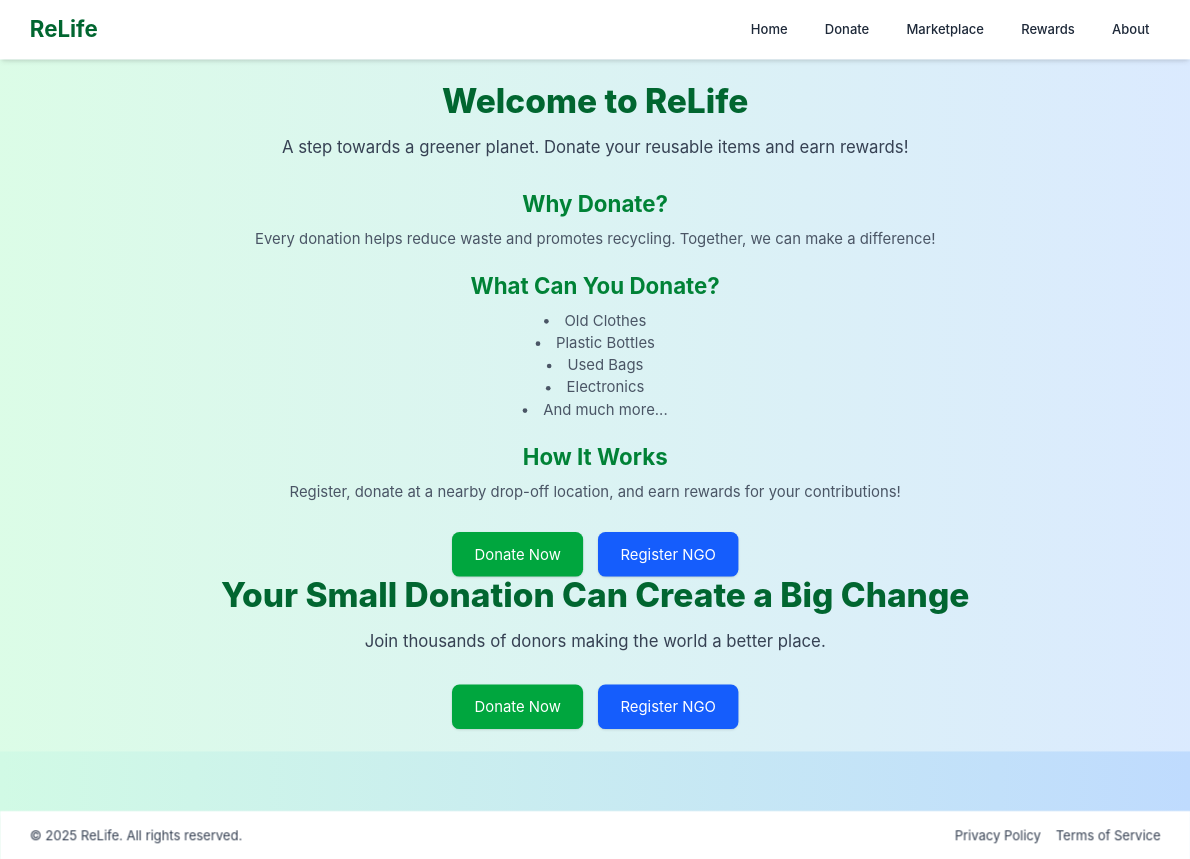
Repository: Harsh-verma24/edonation-drive
Page: / (app in frontend/)
An editor plug-in stored every save of this project. The page is shown before and after the next save, followed by the edit.
The browser window is 1280 px wide. The pictures show the whole page, at 93% of full size.
The project was rebuilt for these pictures with package versions that can differ from the ones it lists, and the page was loaded fresh each time. Also part of the build but not shown: frontend/vite.config.js, frontend/src/utils/axiosInstance.js, frontend/src/pages/Donate.jsx, frontend/src/pages/Rewards.jsx, frontend/src/pages/Marketplace.jsx, frontend/src/pages/About.jsx.

Above is the page before, as saved 2025-10-15 22:16:25.

After the next save:
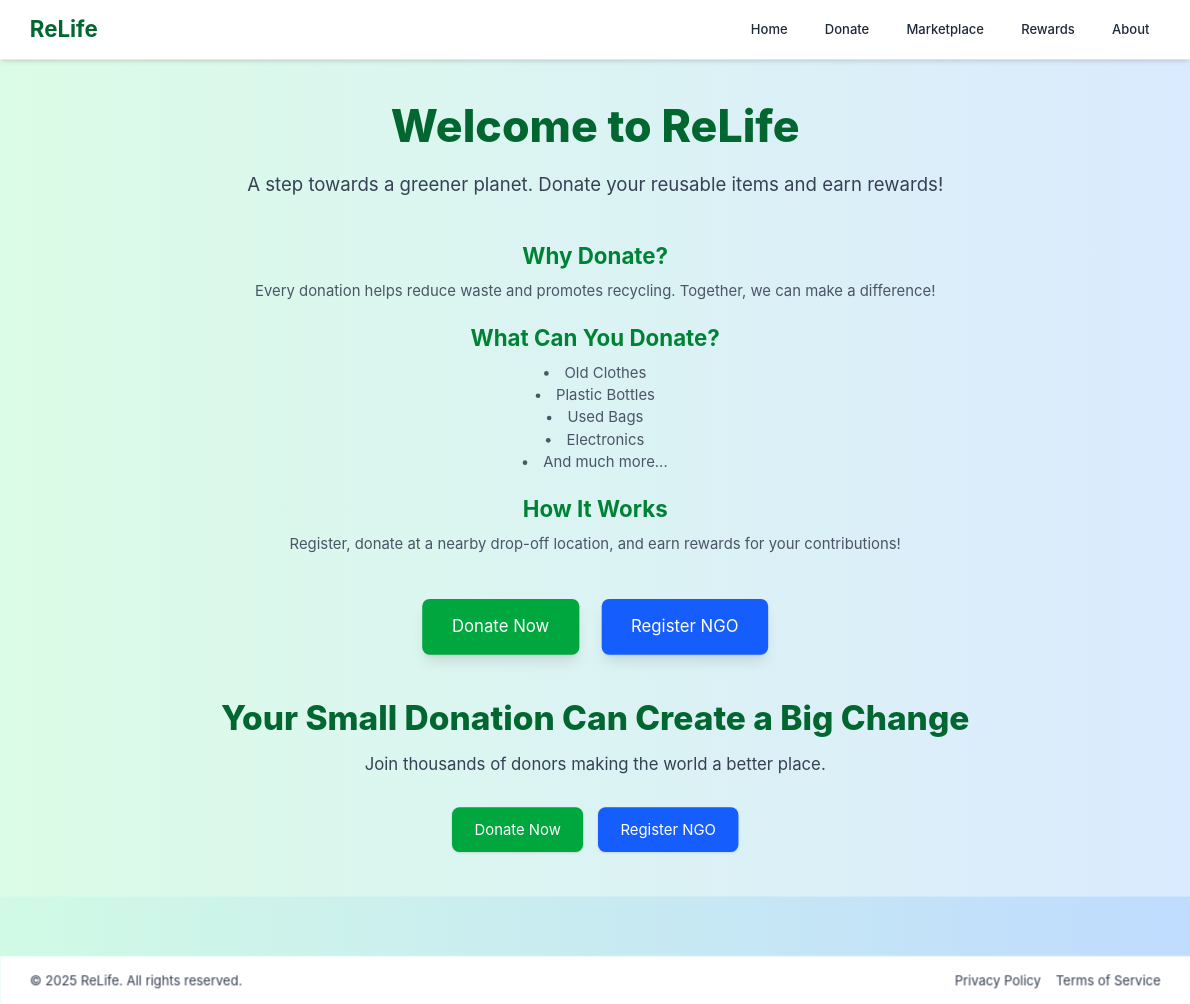
Saved 98 s later.
--- a/frontend/src/pages/Home.jsx
+++ b/frontend/src/pages/Home.jsx
@@ -3,16 +3,16 @@ import { motion } from 'framer-motion';
 
 const Home = () => {
   return (
-    <div className="p-6 bg-gradient-to-r from-green-100 to-blue-100 min-h-screen">
+    <div className="p-12 bg-gradient-to-r from-green-100 to-blue-100 min-h-screen">
       <motion.div
-        className="text-center"
+        className="text-center max-w-4xl mx-auto"
         initial={{ opacity: 0, y: -50 }}
         animate={{ opacity: 1, y: 0 }}
         transition={{ duration: 0.8 }}
       >
-        <h1 className="text-4xl font-extrabold text-green-800">Welcome to ReLife</h1>
-        <p className="mt-4 text-center text-gray-700 text-lg">A step towards a greener planet. Donate your reusable items and earn rewards!</p>
-        <div className="mt-8 text-center">
+        <h1 className="text-5xl font-extrabold text-green-800">Welcome to ReLife</h1>
+        <p className="mt-6 text-gray-700 text-xl">A step towards a greener planet. Donate your reusable items and earn rewards!</p>
+        <div className="mt-12 text-center">
           <h2 className="text-2xl font-bold text-green-700">Why Donate?</h2>
           <p className="mt-2 text-gray-600">Every donation helps reduce waste and promotes recycling. Together, we can make a difference!</p>
           <h2 className="mt-6 text-2xl font-bold text-green-700">What Can You Donate?</h2>
@@ -26,23 +26,23 @@ const Home = () => {
           <h2 className="mt-6 text-2xl font-bold text-green-700">How It Works</h2>
           <p className="mt-2 text-gray-600">Register, donate at a nearby drop-off location, and earn rewards for your contributions!</p>
         </div>
-        <div className="mt-8 flex justify-center space-x-4">
+        <div className="mt-12 flex justify-center space-x-6">
           <motion.a
             href="/donate"
-            className="bg-green-600 text-white px-6 py-3 rounded-lg shadow hover:bg-green-700"
+            className="bg-green-600 text-white px-8 py-4 rounded-lg shadow-lg hover:bg-green-700 text-lg"
             whileHover={{ scale: 1.1 }}
           >
             Donate Now
           </motion.a>
           <motion.a
             href="/register-ngo"
-            className="bg-blue-600 text-white px-6 py-3 rounded-lg shadow hover:bg-blue-700"
+            className="bg-blue-600 text-white px-8 py-4 rounded-lg shadow-lg hover:bg-blue-700 text-lg"
             whileHover={{ scale: 1.1 }}
           >
             Register NGO
           </motion.a>
         </div>
-        <div className="text-center">
+        <div className="mt-12 text-center">
           <h1 className="text-4xl font-extrabold text-green-800">Your Small Donation Can Create a Big Change</h1>
           <p className="mt-4 text-gray-700 text-lg">Join thousands of donors making the world a better place.</p>
           <div className="mt-8 flex justify-center space-x-4">
